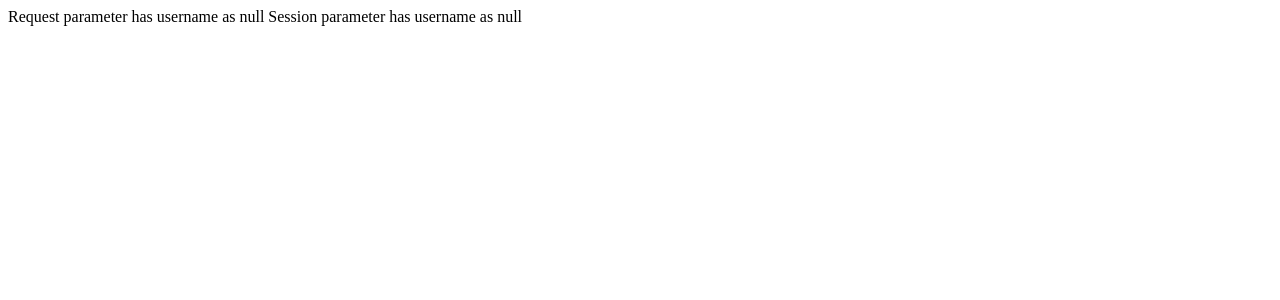
Repository: edwinisnow/jsp-servlets-demo
Page: http://localhost/SimpleServletProject/SimpleServletPath
These files come from the project's save history. The page is drawn as it stood at one moment and after the next save; the edit follows.
The browser window is 1280 px wide. The pictures show the whole page.
The page is served by Tomcat 9.

Above is the page before, as saved 2024-05-06 11:35:05.

After the next save:
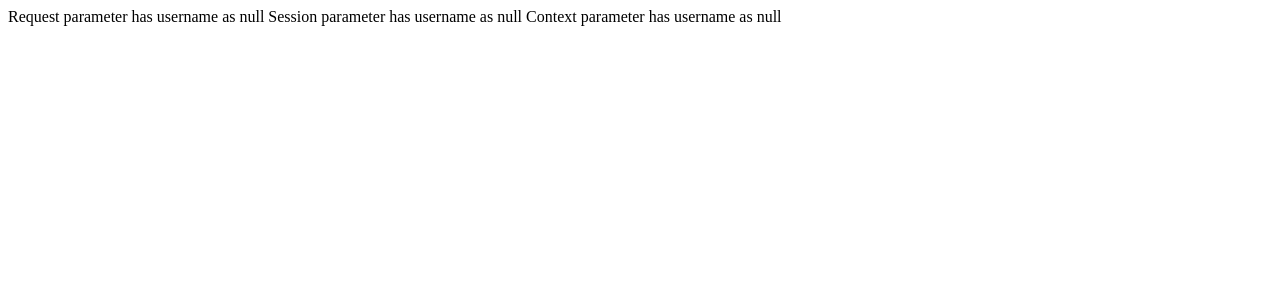
Saved 101 s later.
--- a/SimpleServletProject/src/main/java/org/koushik/javabrains/SimpleServlet.java
+++ b/SimpleServletProject/src/main/java/org/koushik/javabrains/SimpleServlet.java
@@ -29,16 +29,17 @@ public class SimpleServlet extends HttpServlet {
 		HttpSession session = request.getSession();
 
 		ServletContext context = request.getServletContext();
+		String userName = request.getParameter("name");
 
-		String userName = request.getParameter("name");
 		if(userName != "" & userName != null) {
-
 			session.setAttribute("savedUserName",userName);
 			context.setAttribute("savedUserName", userName);
 		}
 
 		writer.println("Request parameter has username as " + userName);
 		writer.println("Session parameter has username as " + (String) session.getAttribute("savedUserName"));
+		writer.println("Context parameter has username as " + (String) context.getAttribute("savedUserName"));
+
 	}
 
 }
